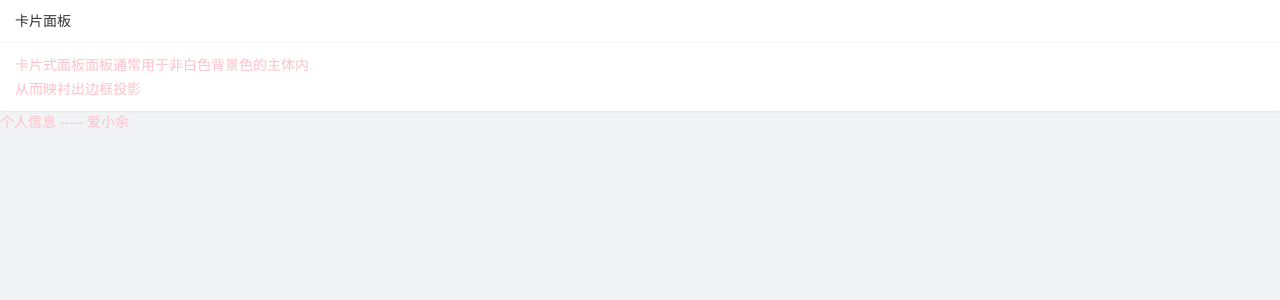
Repository: haloxxi/web_bigevent
Page: user/user-info.html
These files come from the project's save history. The page is drawn as it stood at one moment and after the next save; the edit follows.
The browser window is 1280 px wide. The pictures show the whole page.

Above is the page before, as saved 2022-06-24 21:34:57.

### user/user-info.html
<!DOCTYPE html>
<html lang="en">

<head>
    <meta charset="UTF-8">
    <meta http-equiv="X-UA-Compatible" content="IE=edge">
    <meta name="viewport" content="width=device-width, initial-scale=1.0">
    <title>Document</title>
    <!-- 先导入layUI的样式css -->
    <link rel="stylesheet" href="/assets/lib/layui/css/layui.css">
    <!-- 再导入自己写的样式css -->
    <link rel="stylesheet" href="/assets/css/user/user-info.css">

</head>

<body>
    <!-- 卡片区域 -->
    <div class="layui-card">
        <div class="layui-card-header">卡片面板</div>
        <div class="layui-card-body">
            卡片式面板面板通常用于非白色背景色的主体内<br> 从而映衬出边框投影
        </div>
    </div>
    个人信息 ----- 爱小余
</body>

</html>

### assets/css/user/user-info.css
body,
html {
    padding: 0;
}

body {
    background-color: #f2f3f5;
    color: pink;
}

Loaded but not shown: assets/lib/layui/css/layui.css (library)

After the next save:
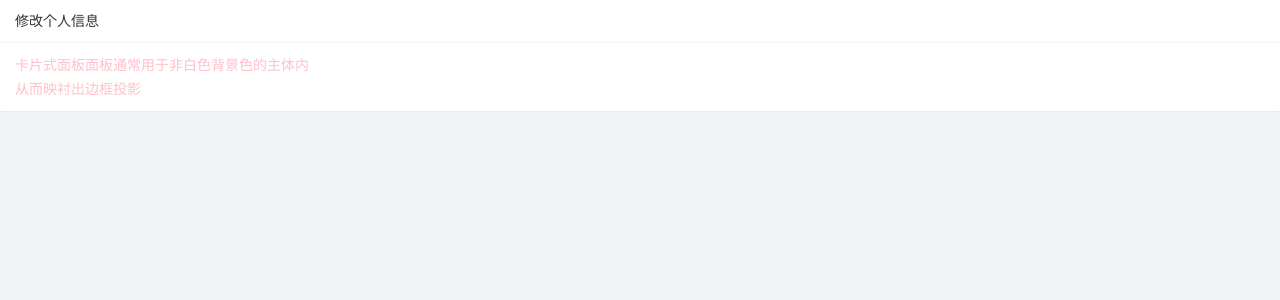
Saved 42 s later.
--- a/user/user-info.html
+++ b/user/user-info.html
@@ -16,12 +16,11 @@
 <body>
     <!-- 卡片区域 -->
     <div class="layui-card">
-        <div class="layui-card-header">卡片面板</div>
+        <div class="layui-card-header">修改个人信息</div>
         <div class="layui-card-body">
             卡片式面板面板通常用于非白色背景色的主体内<br> 从而映衬出边框投影
         </div>
     </div>
-    个人信息 ----- 爱小余
 </body>
 
 </html>
